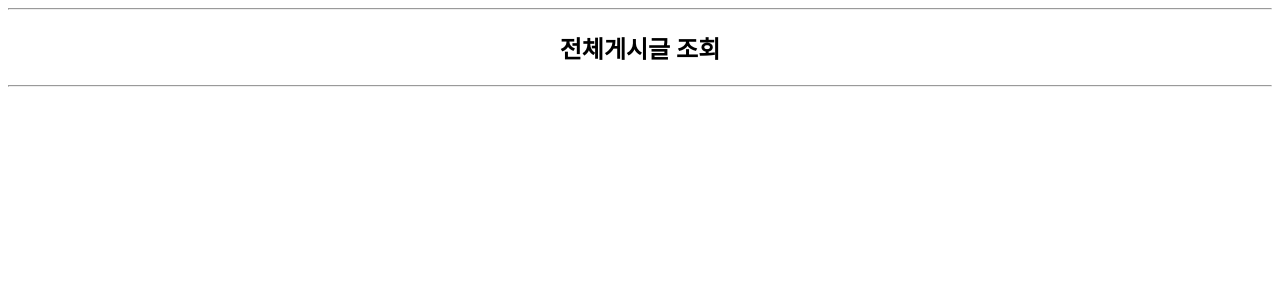
Repository: skim24245/web_workspace_src
Page: http://localhost/Mission-Web/jsp/board/list.jsp
These files come from the project's save history. The page is drawn as it stood at one moment and after the next save; the edit follows.
The browser window is 1280 px wide. The pictures show the whole page.
The page is served by Tomcat 9. Other server files are loaded and not shown. Queries for data that is not in the repository find no rows.

Above is the page before, as saved 2022-06-02 07:23:11.

### Mission-Web/src/main/webapp/jsp/board/list.jsp
<%@page import="java.sql.Connection"%>
<%@page import="kr.ac.kopo.util.ConnectionFactory"%>
<%@ page language="java" contentType="text/html; charset=UTF-8"
    pageEncoding="UTF-8"%>

<%--
작업 순서
1. t_board 테이블에서 전체게시글 조회
2. 조회된 게시물을 하나씩 웹브라우저 출력
--%>

<%
Connection conn = new ConnectionFactory().getConnection();

%>
<!DOCTYPE html>
<html>
<head>
<meta charset="UTF-8">
<title>게시물 목록</title>
</head> <!-- http://localhost9999/Mission-Web02/jsp/board/list.jsp -->
<body>

	<div align ="center">
	<hr>
	<h2>전체게시글 조회</h2>
	<hr>
	</div>


</body>
</html>

### Mission-Web/src/main/java/kr/ac/kopo/util/ConnectionFactory.java
package kr.ac.kopo.util;

import java.sql.Connection;
import java.sql.DriverManager;

public class ConnectionFactory {

	public Connection getConnection() {

			Connection conn = null;

			try {
				Class.forName("oracle.jdbc.driver.OracleDriver");

				String url = "jdbc:oracle:thin:@192.168.119.119:1521:dink";
				String user = "scott";
				String password = "tiger";

				conn = DriverManager.getConnection(url, user, password);
			} catch (Exception e) {
				e.printStackTrace();
			}

			return conn;
		}
	}

After the next save:
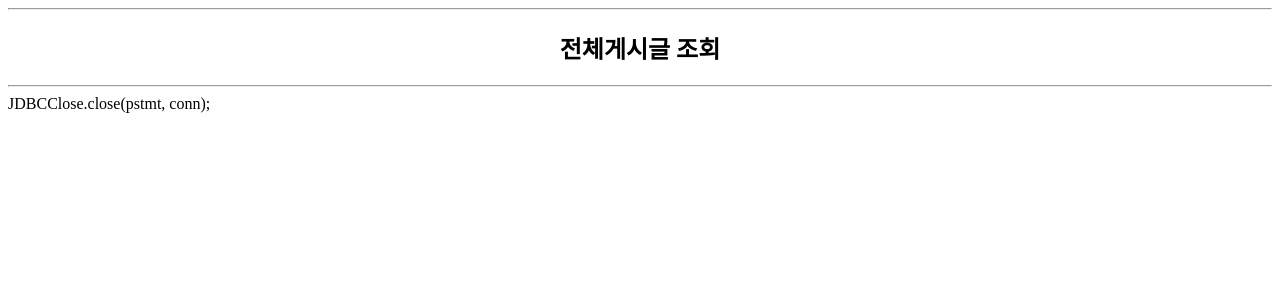
Saved 68 s later.
--- a/Mission-Web/src/main/webapp/jsp/board/list.jsp
+++ b/Mission-Web/src/main/webapp/jsp/board/list.jsp
@@ -1,3 +1,5 @@
+<%@page import="java.sql.ResultSet"%>
+<%@page import="java.sql.PreparedStatement"%>
 <%@page import="java.sql.Connection"%>
 <%@page import="kr.ac.kopo.util.ConnectionFactory"%>
 <%@ page language="java" contentType="text/html; charset=UTF-8"
@@ -11,6 +13,13 @@
 
 <%
 Connection conn = new ConnectionFactory().getConnection();
+StringBuilder sql = new StringBuilder();
+sql.append("select no, title, writer, reg_date ");
+sql.append(" from t_board");
+sql.append(" order by no desc");
+PreparedStatement pstmt = conn.prepareStatement(sql.toString());
+ResultSet rs = pstmt.executeQuery();
+
 
 %>
 <!DOCTYPE html>
@@ -30,3 +39,4 @@ Connection conn = new ConnectionFactory().getConnection();
 
 </body>
 </html>
+JDBCClose.close(pstmt, conn);
